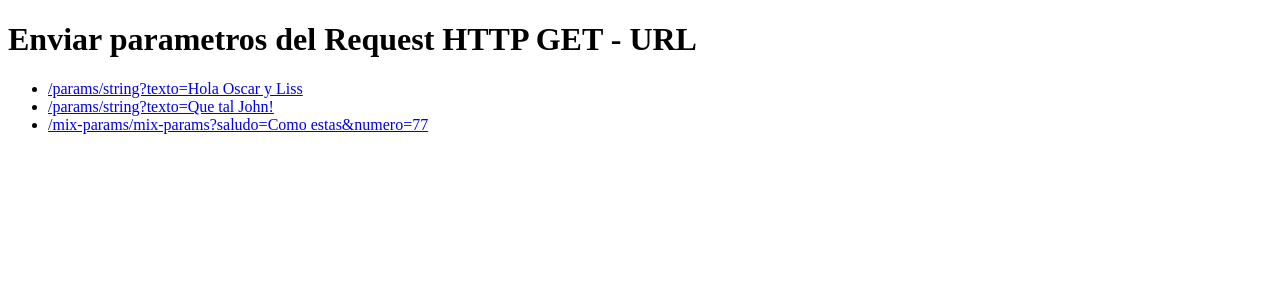
Repository: cokkike88/SpringFramework5
Page: http://localhost/params/index
An editor plug-in stored every save of this project. The page is shown before and after the next save, followed by the edit.
The browser window is 1280 px wide. The pictures show the whole page.
The page is this project's Thymeleaf template; nobody is signed in. The template is opened directly, without the code that normally fills it, so the values that code supplies are empty.

Above is the page before, as saved 2020-03-08 17:41:41.

### spring-boot-web/src/main/resources/templates/params/index.html
<!DOCTYPE html>
<html xmlns:th="http://www.thymeleaf.org">
<head>
<meta charset="UTF-8">
<title>Enviar parametros del Request HTTP GET - URL</title>
</head>
<body>
	<h1>Enviar parametros del Request HTTP GET - URL</h1>
	<ul>
		<li>
			<a th:href="@{/params/string(texto='Hola Oscar y Liss')}">/params/string?texto=Hola Oscar y Liss</a>
		</li>
		<li>
			<a th:href="@{/params/string(texto='Que tal John!!')}">/params/string?texto=Que tal John!</a>
		</li>
		<li>
			<a th:href="@{/params/mix-params(saludo='Como estas', numero=77)}">/mix-params/mix-params?saludo=Como estas&numero=77</a>
		</li>
	</ul>
</body>
</html>

After the next save:
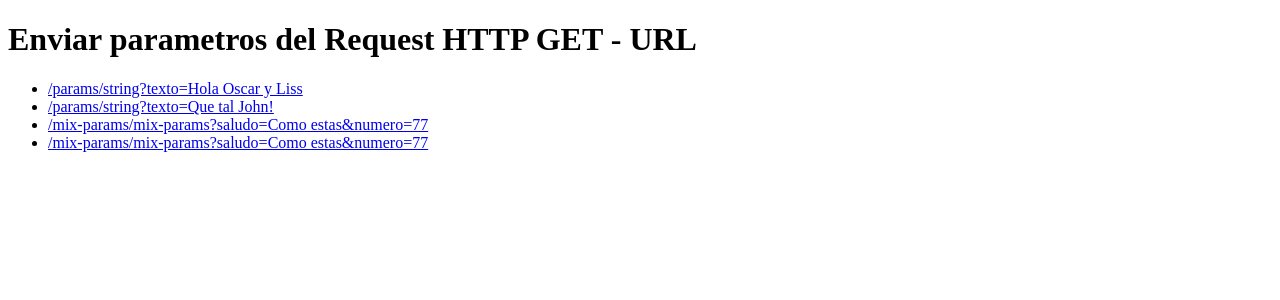
Saved 45 s later.
--- a/spring-boot-web/src/main/resources/templates/params/index.html
+++ b/spring-boot-web/src/main/resources/templates/params/index.html
@@ -16,6 +16,9 @@
 		<li>
 			<a th:href="@{/params/mix-params(saludo='Como estas', numero=77)}">/mix-params/mix-params?saludo=Como estas&numero=77</a>
 		</li>
+		<li>
+			<a th:href="@{/params/mix-params-request(saludo='Como estas', numero=77)}">/mix-params/mix-params?saludo=Como estas&numero=77</a>
+		</li>
 	</ul>
 </body>
 </html>
